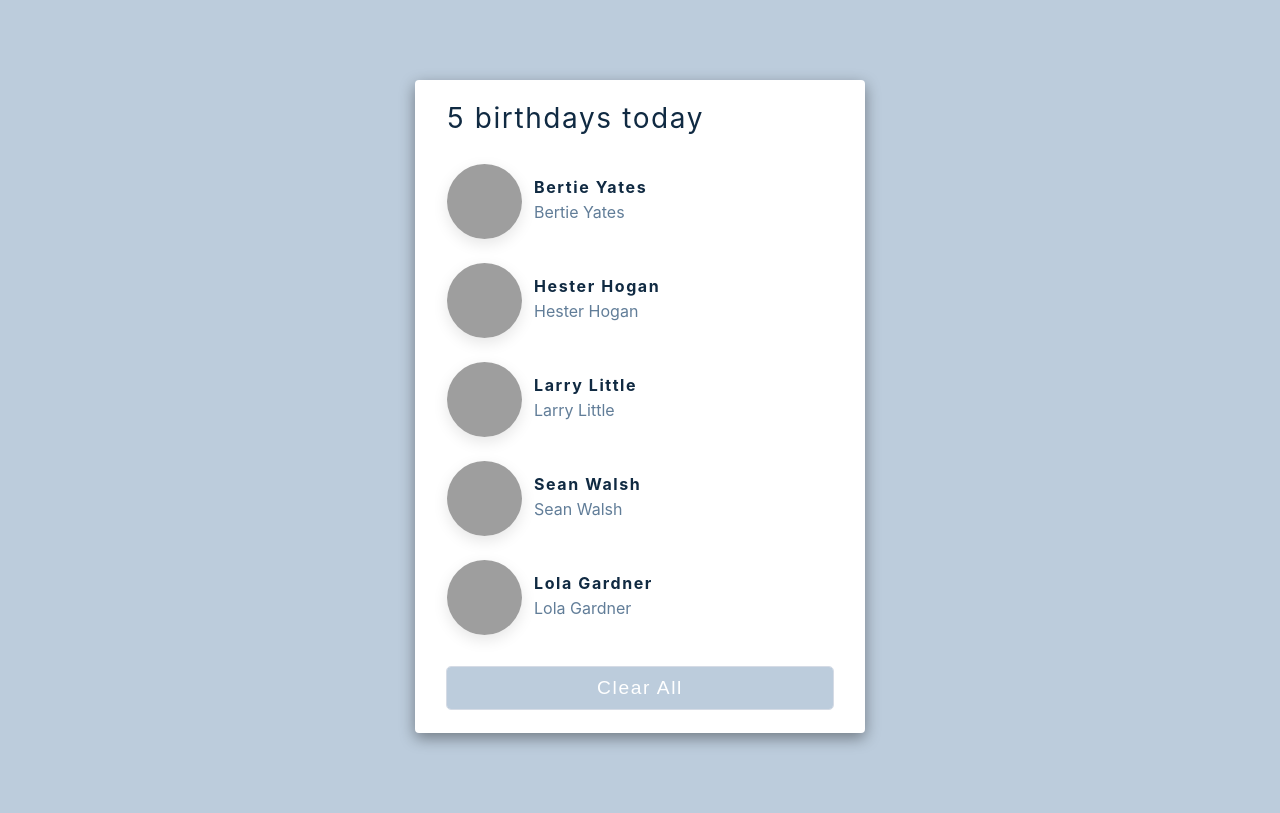
Repository: smit1298/Birthday-Reminder
Page: /
These files come from the project's save history. The page is drawn as it stood at one moment and after the next save; the edit follows.
The browser window is 1280 px wide. The pictures show the whole page.
Pictures or frames that could not be fetched are drawn as grey boxes. The project was rebuilt for these pictures with package versions that can differ from the ones it lists, and the page was loaded fresh each time.

Above is the page before, as saved 2022-05-15 23:55:07.

### src/index.css
/*
===============
Variables
===============
*/

:root {
  /* dark shades of primary color*/
  --clr-primary-1: hsl(162, 61%, 89%);
  --clr-primary-2: hsl(162, 60%, 78%);
  --clr-primary-3: hsl(162, 61%, 67%);
  --clr-primary-4: hsl(162, 61%, 57%);
  /* primary/main color */
  --clr-primary-5: hsl(162, 73%, 46%);
  /* lighter shades of primary color */
  --clr-primary-6: #1aa179;
  --clr-primary-7: #13795b;
  --clr-primary-8: #0d503c;
  --clr-primary-9: #06281e;
  /* darkest grey - used for headings */
  --clr-grey-1: hsl(212, 33%, 89%);
  --clr-grey-2: hsl(210, 31%, 80%);
  --clr-grey-3: hsl(211, 27%, 70%);
  --clr-grey-4: hsl(209, 23%, 60%);
  /* grey used for paragraphs */
  --clr-grey-5: hsl(210, 22%, 49%);
  --clr-grey-6: hsl(209, 28%, 39%);
  --clr-grey-7: hsl(209, 34%, 30%);
  --clr-grey-8: hsl(211, 39%, 23%);
  --clr-grey-9: hsl(209, 61%, 16%);
  --clr-white: #fff;
  --clr-red-dark: hsl(360, 67%, 44%);
  --clr-red-light: hsl(360, 71%, 66%);
  --clr-green-dark: hsl(125, 67%, 44%);
  --clr-green-light: hsl(125, 71%, 66%);
  --clr-black: #222;
  --transition: all 0.3s linear;
  --spacing: 0.1rem;
  --radius: 0.25rem;
  --light-shadow: 0 5px 15px rgba(0, 0, 0, 0.1);
  --dark-shadow: 0 5px 15px rgba(0, 0, 0, 0.4);
  --max-width: 1170px;
  --fixed-width: 450px;
  --clr-pink: #f28ab2;
}
/*
===============
Global Styles
===============
*/

*,
::after,
::before {
  margin: 0;
  padding: 0;
  box-sizing: border-box;
}
body {
  font-family: -apple-system, BlinkMacSystemFont, 'Segoe UI', Roboto, Oxygen,
    Ubuntu, Cantarell, 'Open Sans', 'Helvetica Neue', sans-serif;
  background: var(--clr-grey-2);
  color: var(--clr-grey-9);
  line-height: 1.5;
  font-size: 0.875rem;
}
ul {
  list-style-type: none;
}
a {
  text-decoration: none;
}
h1,
h2,
h3,
h4 {
  letter-spacing: var(--spacing);
  text-transform: capitalize;
  line-height: 1.25;
  margin-bottom: 0.75rem;
}
h1 {
  font-size: 3rem;
}
h2 {
  font-size: 2rem;
}
h3 {
  font-size: 1.25rem;
}
h4 {
  font-size: 0.875rem;
}
p {
  margin-bottom: 1.25rem;
  color: var(--clr-grey-5);
}
@media screen and (min-width: 800px) {
  h1 {
    font-size: 4rem;
  }
  h2 {
    font-size: 2.5rem;
  }
  h3 {
    font-size: 1.75rem;
  }
  h4 {
    font-size: 1rem;
  }
  body {
    font-size: 1rem;
  }
  h1,
  h2,
  h3,
  h4 {
    line-height: 1;
  }
}
/*  global classes */

/* section */
.section {
  width: 90vw;
  margin: 0 auto;
  max-width: var(--max-width);
}

@media screen and (min-width: 992px) {
  .section {
    width: 95vw;
  }
}

main {
  min-height: 100vh;
  display: flex;
  justify-content: center;
  align-items: center;
}

.container {
  width: 90vw;
  margin: 5rem 0;
  max-width: var(--fixed-width);
  background: var(--clr-white);
  border-radius: var(--radius);
  padding: 1.5rem 2rem;
  box-shadow: var(--dark-shadow);
}
.container h3 {
  font-weight: normal;
  text-transform: none;
  margin-bottom: 2rem;
}
.person {
  display: grid;
  grid-template-columns: auto 1fr;
  column-gap: 0.75rem;
  margin-bottom: 1.5rem;
  align-items: center;
}
.person img {
  width: 75px;
  height: 75px;
  object-fit: cover;
  border-radius: 50%;
  box-shadow: var(--light-shadow);
}
.person h4 {
  margin-bottom: 0.35rem;
}
.person p {
  margin-bottom: 0;
}
.container button {
  color: var(--clr-white);
  display: block;
  width: 100%;
  border-color: transparent;
  background: var(--clr-grey-2);
  margin: 2rem auto 0 auto;
  text-transform: capitalize;
  font-size: 1.2rem;
  padding: 0.5rem 0;
  letter-spacing: var(--spacing);
  border-radius: var(--radius);
  outline: 1px solid rgba(203, 211, 223, 0.8);
  cursor: pointer;
}

### src/App.js
import React, { useState } from "react";
import data from "./data";
import List from "./List";
function App() {
  // creating a useState that picks data from my data js form
  const [people, setPeople] = useState(data)
  return (
    <main>
      <section className="container">
        <h3>{people.length} birthdays today</h3>
        <List people={people} />
        <button onClick={() => console.log('you cleared me')}>clear all</button>
      </section>
    </main>
  );
}

export default App;

### src/data.js
export default [
  {
    id: 1,
    name: 'Bertie Yates',
    age: 29,
    image:
      'https://res.cloudinary.com/diqqf3eq2/image/upload/v1595959131/person-2_ipcjws.jpg',
  },
  {
    id: 2,
    name: 'Hester Hogan',
    age: 32,
    image:
      'https://res.cloudinary.com/diqqf3eq2/image/upload/v1595959131/person-3_rxtqvi.jpg',
  },
  {
    id: 3,
    name: 'Larry Little',
    age: 36,
    image:
      'https://res.cloudinary.com/diqqf3eq2/image/upload/v1586883423/person-4_t9nxjt.jpg',
  },
  {
    id: 4,
    name: 'Sean Walsh',
    age: 34,
    image:
      'https://res.cloudinary.com/diqqf3eq2/image/upload/v1586883417/person-3_ipa0mj.jpg',
  },
  {
    id: 5,
    name: 'Lola Gardner',
    age: 29,
    image:
      'https://res.cloudinary.com/diqqf3eq2/image/upload/v1586883334/person-1_rfzshl.jpg',
  },
];

### src/List.js
import React from "react";

const List = ({ people }) => {
  return (
    <>
      {people.map((person) => {
        const { id, name, age, image } = person;
        return <article key={id} className="person">
          <img src={image} alt={name} />
          <div>
            <h4>{name}</h4>
            <p>{name}</p>
          </div>
        </article>;
      })}
    </>
  );
};

export default List;

Loaded but not shown: public/index.html (common file); src/index.js (common file)

After the next save:
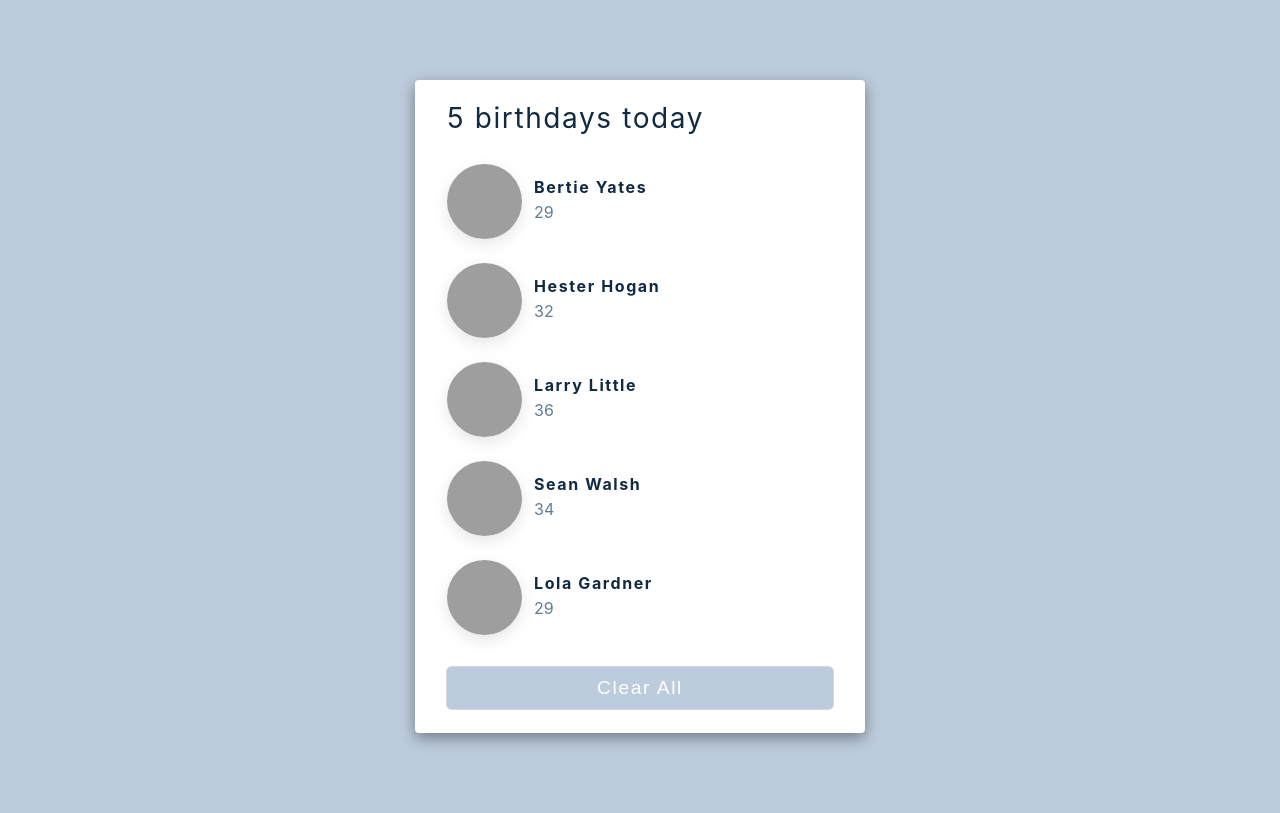
Saved 4 s later.
--- a/src/List.js
+++ b/src/List.js
@@ -9,7 +9,7 @@ const List = ({ people }) => {
           <img src={image} alt={name} />
           <div>
             <h4>{name}</h4>
-            <p>{name}</p>
+            <p>{age}</p>
           </div>
         </article>;
       })}
